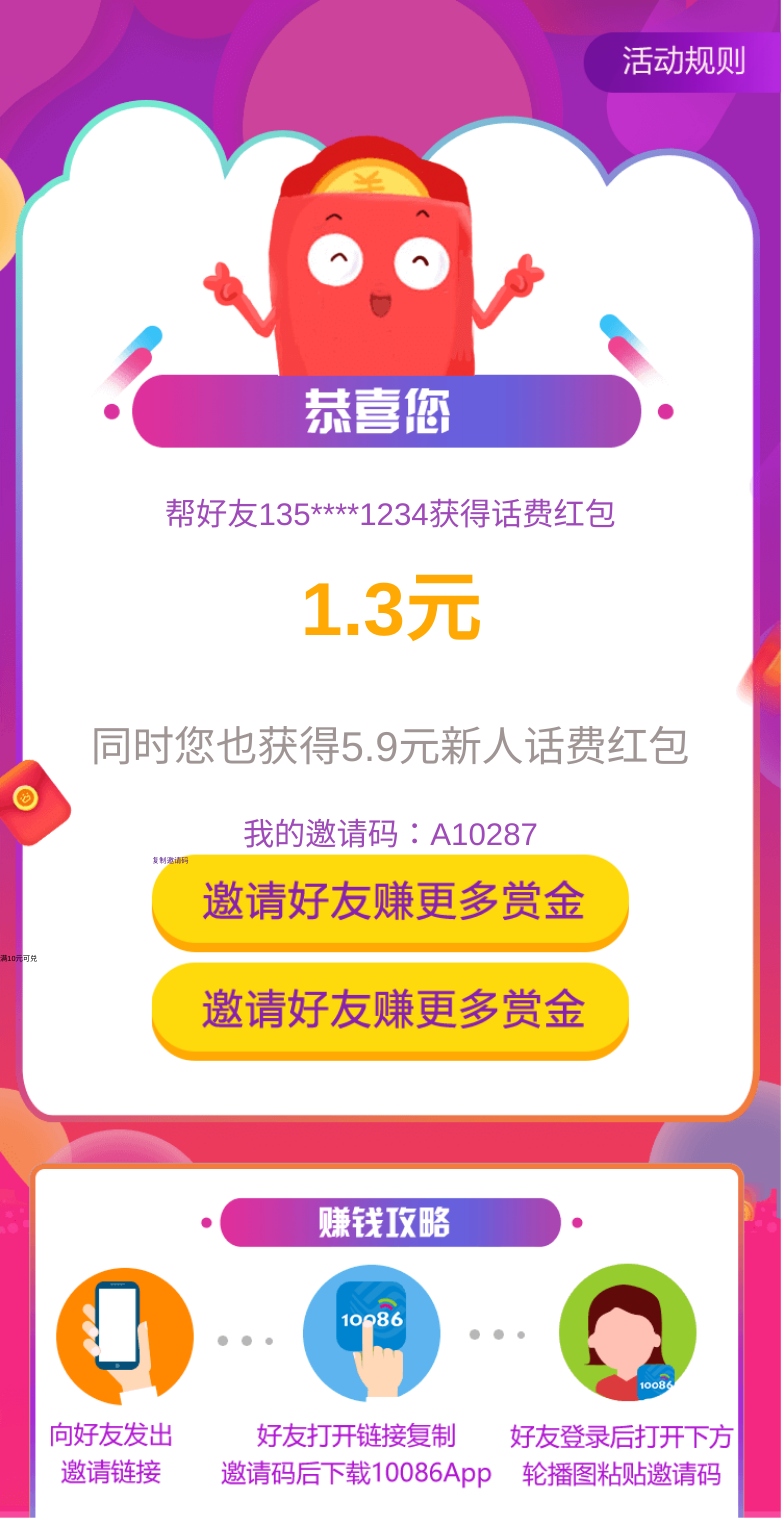
Repository: wangbiaozy/hb
Page: index_success_2.html
The author's editor kept a copy of each file at every save. The page is drawn from the files as they stood at one save, then again after the next save.
The browser window is 1280 px wide. The pictures show the whole page, at 61% of full size.

Above is the page before, as saved 2018-08-17 14:52:13.

After the next save:
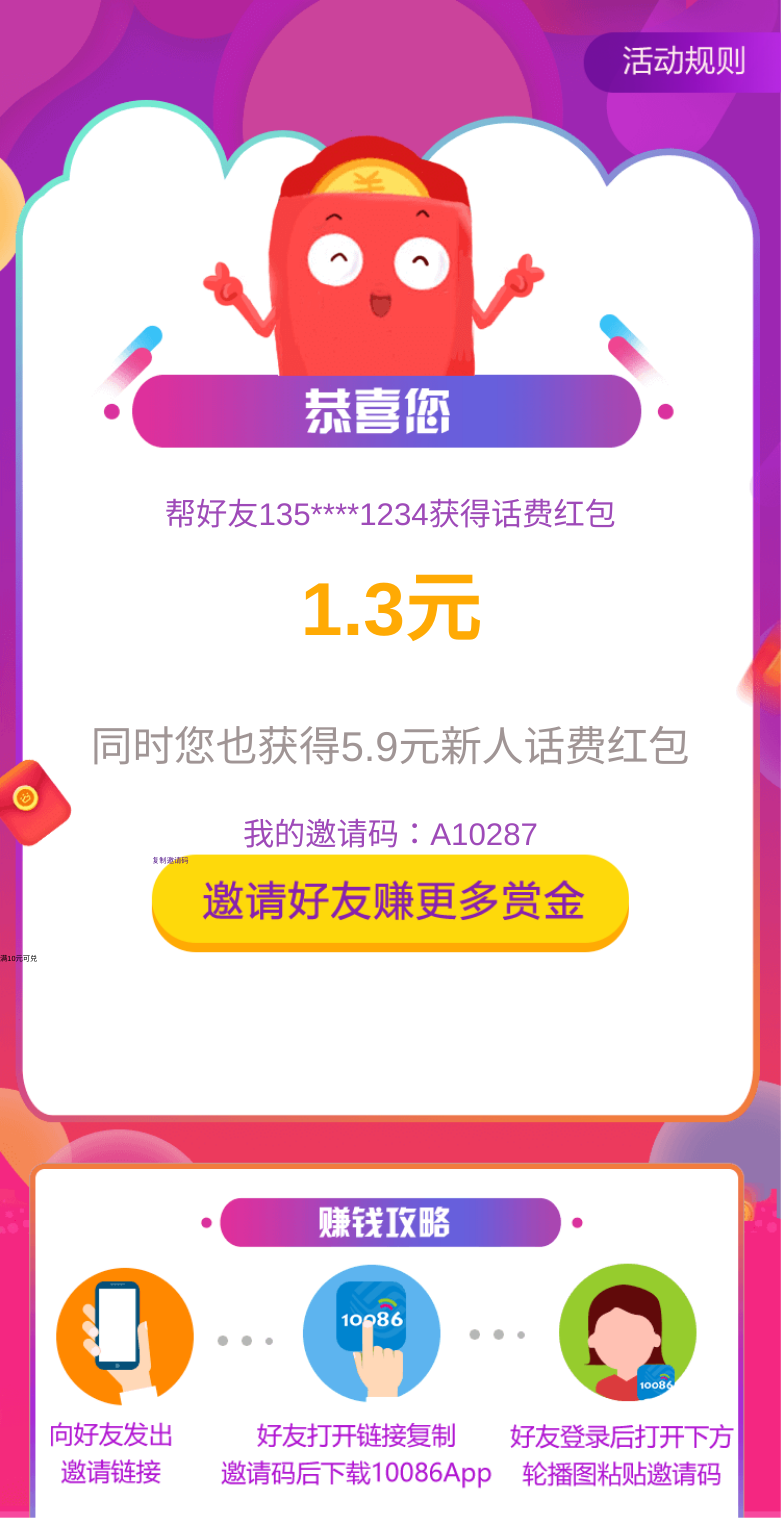
Saved 12 s later.
--- a/index_success_2.html
+++ b/index_success_2.html
@@ -20,8 +20,8 @@
                 <p>我的邀请码：<span>A10287</span></p>
                 <a href="">复制邀请码</a>
             </div>
+            <a href=""></a>
             <p>满10元可兑</p>
-            <a href=""></a>
         </div>
     </section>
 
